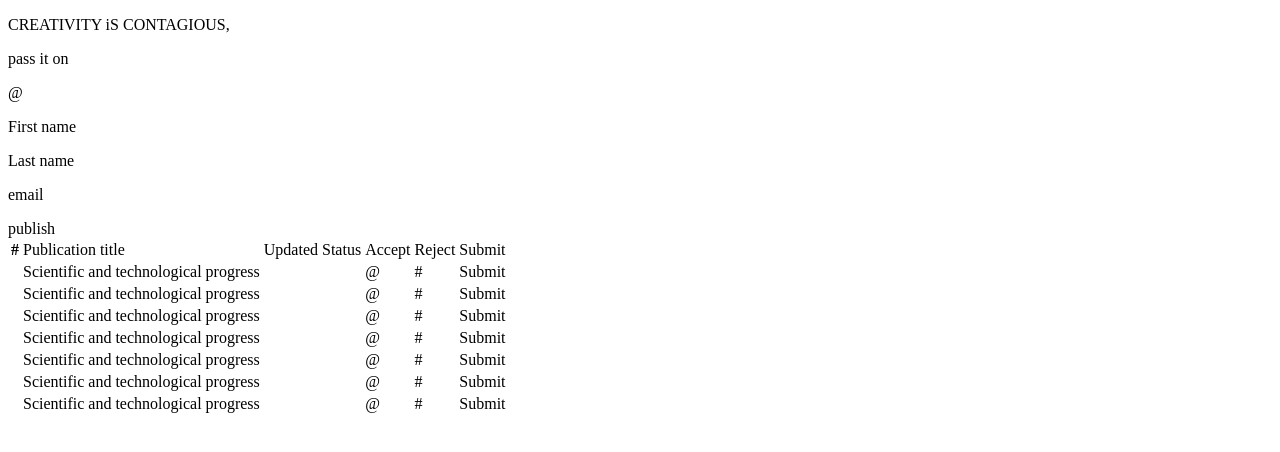
Repository: ceo-of-albeni/articles
Page: /
The author's editor kept a copy of each file at every save. The page is drawn from the files as they stood at one save, then again after the next save.
The browser window is 1280 px wide. The pictures show the whole page.
The project was rebuilt for these pictures with package versions that can differ from the ones it lists, and the page was loaded fresh each time.

Above is the page before, as saved 2023-05-09 18:19:11.

### public/index.html
<!DOCTYPE html>
<html lang="en">
  <head>
    <meta charset="UTF-8" />
    <meta http-equiv="X-UA-Compatible" content="IE=edge" />
    <meta name="viewport" content="width=device-width, initial-scale=1.0" />
    <link rel="icon" href="%PUBLIC_URL%/favicon.ico" />
    <title>Scientist's room</title>
  </head>
  <body>
    <div id="root"></div>
  </body>
</html>

### src/App.js
import React from "react";
import Reviewer from "./reviewer's profil/reveiwer";

const App = () => {
  return (
    <>
      <div>
        <Reviewer/>
      </div>
    </>
  )
};

export default App;

### src/reviewer's profil/reveiwer.jsx
import "./reviewer.css";

export default function Reviewer() {
    return (
        <>
            <section className="reviewer_section">
                <div className="reviewer_thema">
                <p>CREATIVITY iS CONTAGIOUS,</p> <p>pass it on</p>
                </div>
                <div className="reviewer_user">
                    <div className="user_logo">@</div>
                    <div className="user_data">
                        <p>First name</p>
                        <p>Last name</p>
                        <p>email</p>
                    </div>
                </div>
                <div className="button_publish">
                    publish
                </div>
                <div className="table">
                    <table>
                        <tr>
                            <th>#</th>
                            <td>Publication title </td>
                            <td>Updated</td>
                            <td>Status</td>
                            <td>Accept</td>
                            <td>Reject</td>
                            <td>Submit</td>
                        </tr>
                        <tr>
                            <td></td>
                            <td>Scientific and technological progress</td>
                            <td></td>
                            <td></td>
                            <td>@</td>
                            <td>#</td>
                            <td>Submit</td>
                        </tr>
                        <tr>
                            <td></td>
                            <td>Scientific and technological progress</td>
                            <td></td>
                            <td></td>
                            <td>@</td>
                            <td>#</td>
                            <td>Submit</td>
                        </tr>
                        <tr>
                            <td></td>
                            <td>Scientific and technological progress</td>
                            <td></td>
                            <td></td>
                            <td>@</td>
                            <td>#</td>
                            <td>Submit</td>
                        </tr>
                        <tr>
                            <td></td>
                            <td>Scientific and technological progress</td>
                            <td></td>
                            <td></td>
                            <td>@</td>
                            <td>#</td>
                            <td>Submit</td>
                        </tr>
                        <tr>
                            <td></td>
                            <td>Scientific and technological progress</td>
                            <td></td>
                            <td></td>
                            <td>@</td>
                            <td>#</td>
                            <td>Submit</td>
                        </tr>
                        <tr>
                            <td></td>
                            <td>Scientific and technological progress</td>
                            <td></td>
                            <td></td>
                            <td>@</td>
                            <td>#</td>
                            <td>Submit</td>
                        </tr>
                        <tr>
                            <td></td>
                            <td>Scientific and technological progress</td>
                            <td></td>
                            <td></td>
                            <td>@</td>
                            <td>#</td>
                            <td>Submit</td>
                        </tr>
                    </table>
                </div>
            </section>
        </>
    )
}

### src/reviewer's profil/reviewer.css
/*# sourceMappingURL=reviewer_20230509181911.css.map */

Loaded but not shown: src/index.js (common file)

After the next save:
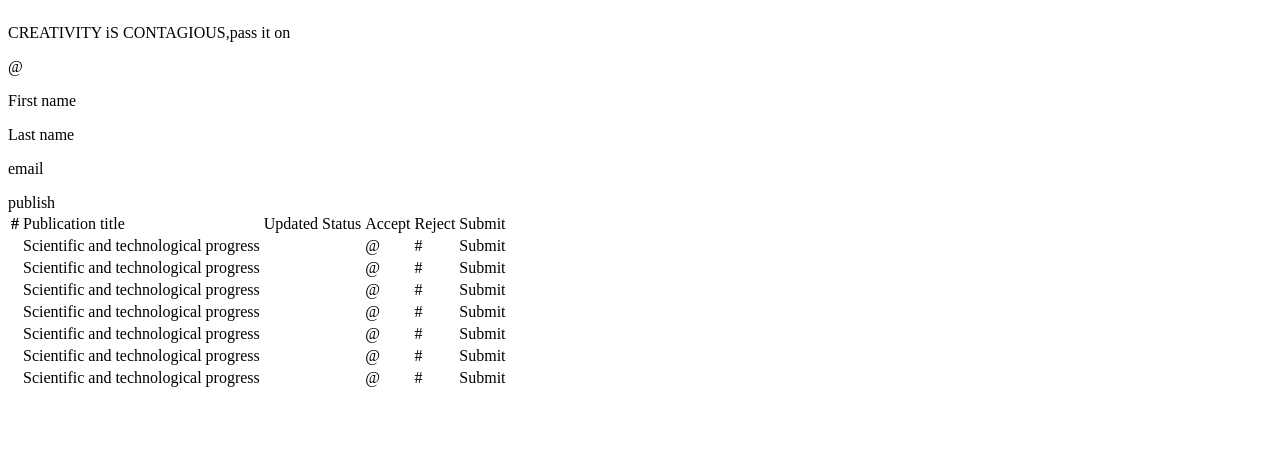
Saved 6 s later.
--- a/src/reviewer's profil/reviewer.css
+++ b/src/reviewer's profil/reviewer.css
@@ -1 +1,3 @@
-/*# sourceMappingURL=reviewer_20230509181911.css.map */
+.reviewer_section .reviewer_thema {
+  display: flex;
+}/*# sourceMappingURL=reviewer_20230509181917.css.map */

After the save that followed:
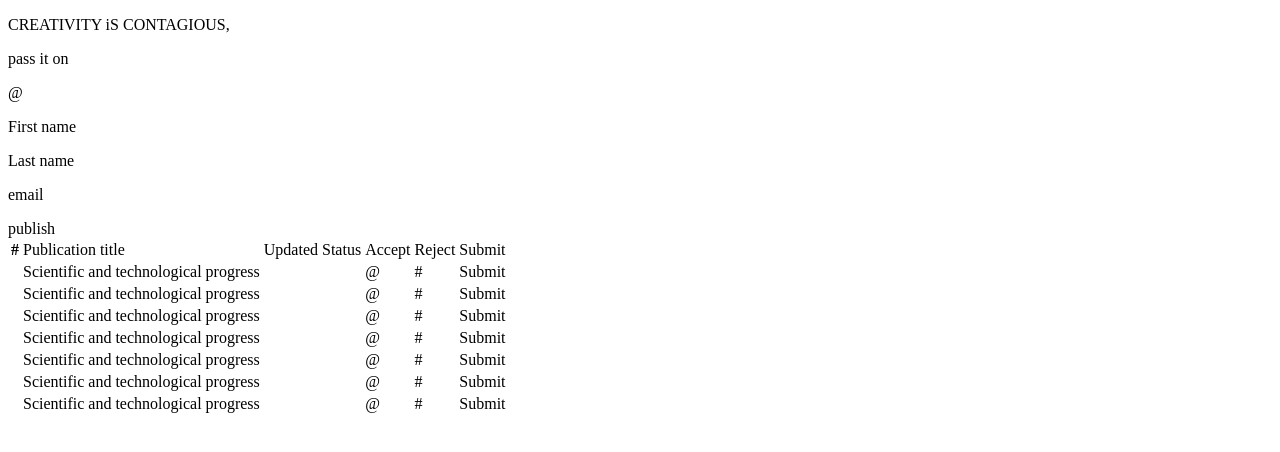
Saved 2 s later.
--- a/src/reviewer's profil/reviewer.css
+++ b/src/reviewer's profil/reviewer.css
@@ -1,3 +1,3 @@
 .reviewer_section .reviewer_thema {
-  display: flex;
-}/*# sourceMappingURL=reviewer_20230509181917.css.map */
+  display: fle;
+}/*# sourceMappingURL=reviewer_20230509181919.css.map */
